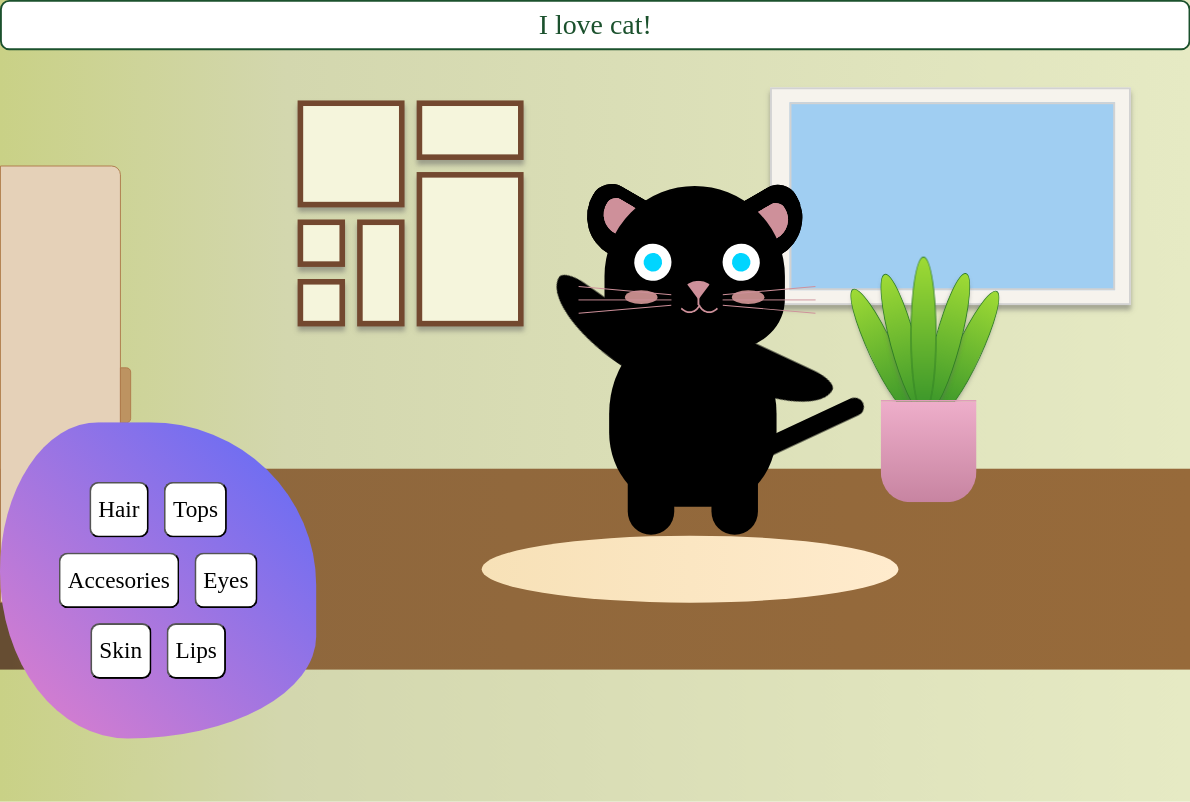
Repository: SandyLy453/COMP-2170-team-project
Page: index.html
An editor plug-in stored every save of this project. The page is shown before and after the next save, followed by the edit.
The browser window is 1280 px wide. The pictures show the whole page, at 93% of full size.

Above is the page before, as saved 2024-05-04 04:16:44.

After the next save:
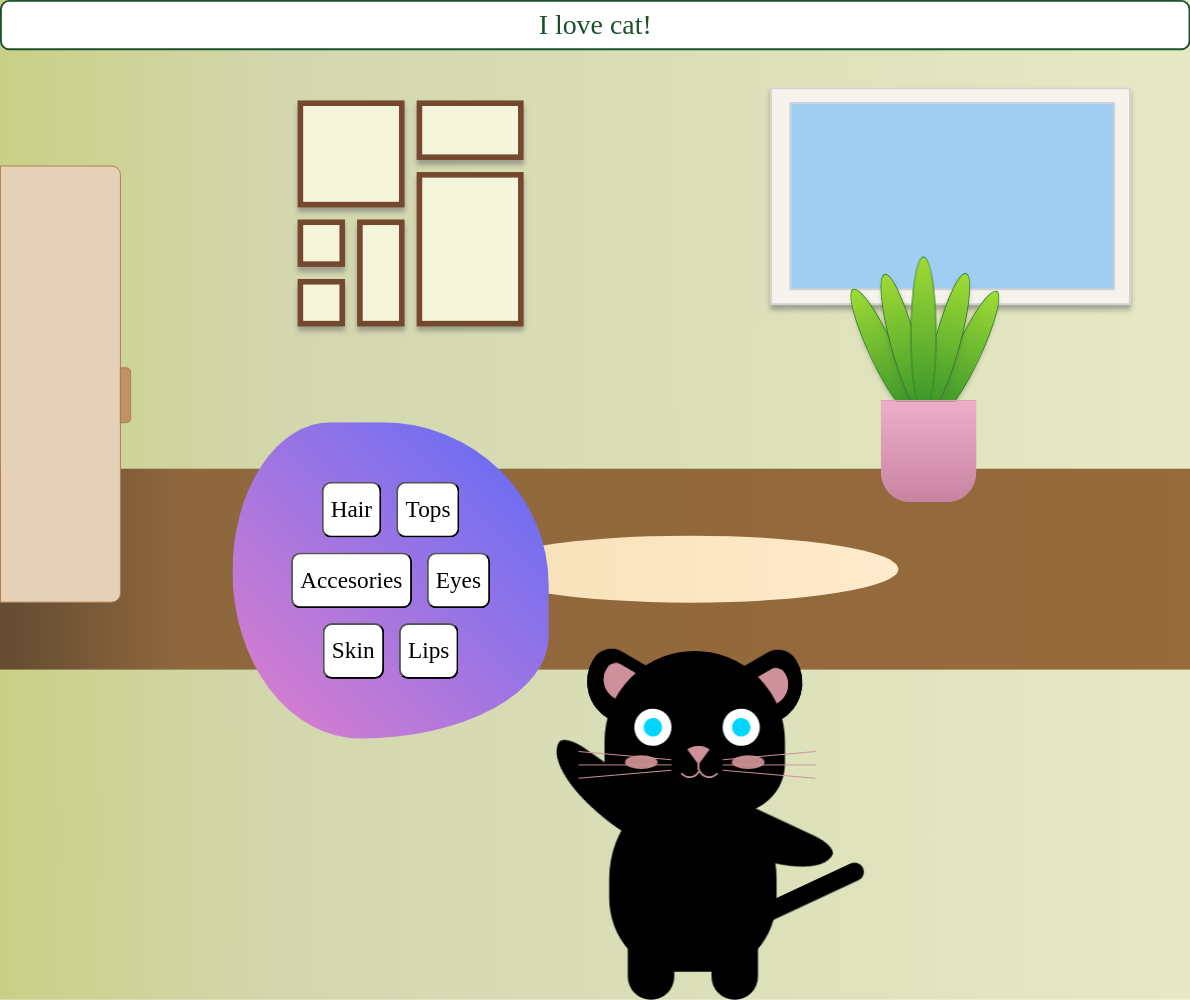
Saved 53 s later.
--- a/styles.css
+++ b/styles.css
@@ -286,6 +286,10 @@ body {
 
 /* Cat styling */
 
+.cat{
+    position:relative;
+    top:500px
+}
 .cat-head {
     position: absolute;
     right: 0;
@@ -661,6 +665,7 @@ body {
   display: flex;
   position: relative;
   top: 400px;
+  left: 250px
 }
 
 @keyframes morph {
